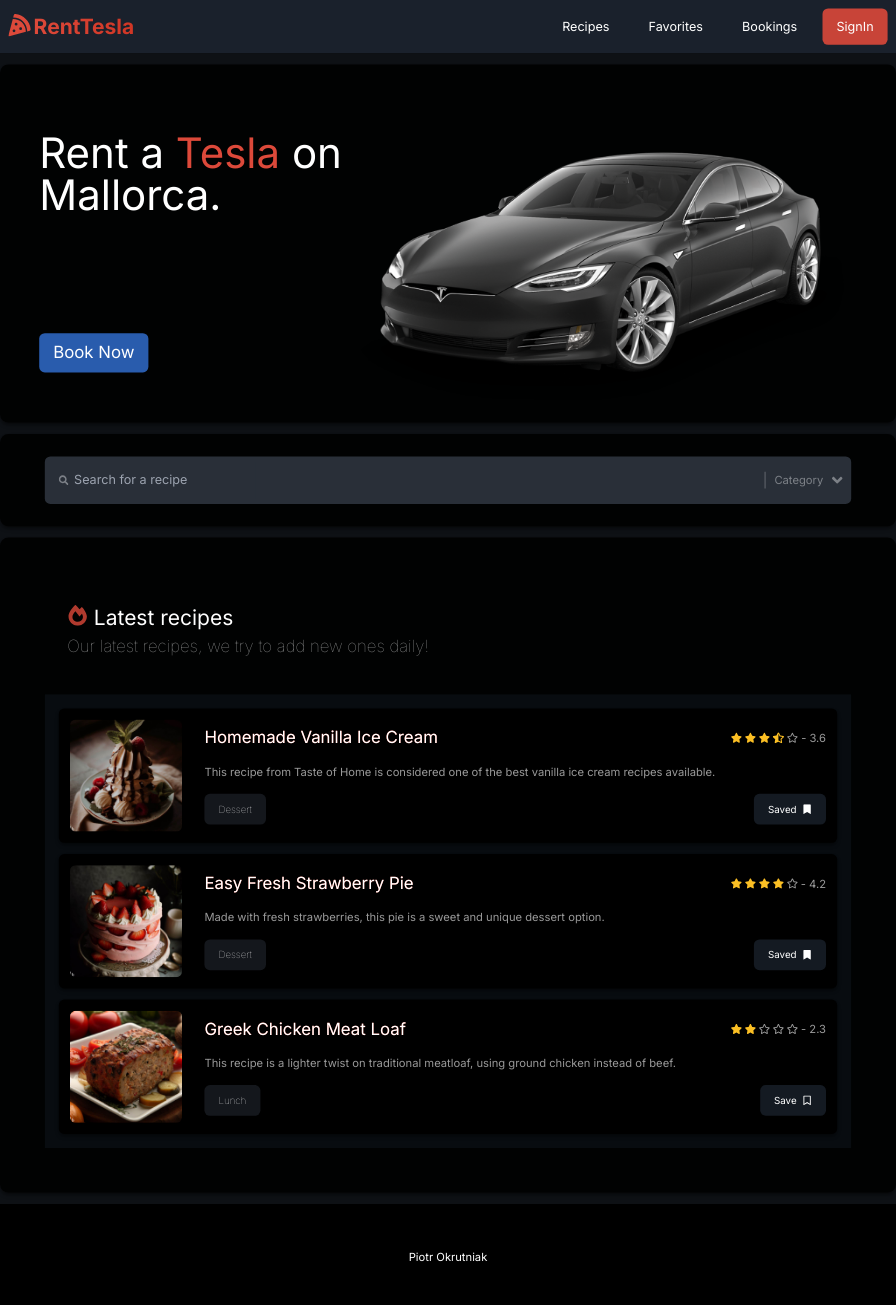
Repository: piotrokrutniak/RentallApp.UI
Page: /
The author's editor kept a copy of each file at every save. The page is drawn from the files as they stood at one save, then again after the next save.
The browser window is 1280 px wide. The pictures show the whole page, at 70% of full size.
The project was rebuilt for these pictures with package versions that can differ from the ones it lists, and the page was loaded fresh each time. The framework's server and built-in components were replaced by stand-ins that run in the browser. Also part of the build but not shown: next.config.js.

Above is the page before, as saved 2023-10-05 20:53:39.

### src/app/layout.tsx
import './globals.css'
import type { Metadata } from 'next'
import { Inter } from 'next/font/google'
import NavBar from './components/navbar/navbar'
import Footbar from './components/footbar/footbar'

const inter = Inter({ subsets: ['latin'] })

export const metadata: Metadata = {
  title: 'Recipefy',
  description: 'Website with the tastiest recipes!',
}

export default function RootLayout({
  children,
}: {
  children: React.ReactNode
}) {
  return (
    <html lang="en">
      <body className={`${inter.className} bg-black`}>
        <div className="bg-slate-600/20 min-h-screen pb-4">
        <NavBar/>
        {children}
        </div>
        <Footbar/>
      </body>
    </html>
  )
}

### src/app/page.tsx
import Image, { StaticImageData } from 'next/image'
import { FaMugHot, FaCookieBite, FaHamburger, FaFireAlt, FaBookmark, FaRegBookmark } from 'react-icons/fa'
import CookingSvg from './components/svgComponents/CookingSvg'
import Rating from './components/generic/rating'
import Button from './components/generic/button'
import tesla from '../../public/media/tesla-mirrored.png'
import lunch from '../../public/media/lunch.jpg'
import dessert from '../../public/media/dessert.jpg'
import strawberryCake from '../../public/media/recipes/strawberryCake.jpg'
import greekMeatLoaf from '../../public/media/recipes/greekMeatLoaf.jpg'
import vanillaIceCream from '../../public/media/recipes/vanillaIceCream.jpg'
import { useState } from 'react'
import { RecipeListing } from './components/generic/recipeListing'
import { Input } from 'postcss'
import SearchBar from './components/generic/searchBar'

export default function Home() {
  return (
    <main className="flex flex-col m-auto gap-4">
      <section id="header-section" className='max-w-7xl bg-black/90 m-auto w-full px-14 py-8 rounded-xl mt-4 shadow-md shadow-black/40'>
        <div className="sm:p-8 pb-14 flex justify-between">

        </div>
        <div className='w-full flex justify-between'>
          <div className="flex flex-col gap-10 justify-between pb-10 text-white">
          <h1 className="text-5xl md:text-6xl"> Rent a <span className="text-vermilion-400">Tesla</span> on Mallorca. </h1>
          <Button className="w-fit hover:bg-white bg-blue-500/70 capitalize text-2xl"> Book Now </Button>
          </div>
          <div className="relative w-full h-96 left-0 flex gap-10 pt-3 overflow-x-auto m-auto justify-around select-none pb-10">
              <Image src={tesla} layout="fill" objectFit="contain" alt="Breakfast Photo" className="h-96 group-hover:opacity-50"/>
          </div>
        </div>
      </section>

      <section id="searchbar-section" className='max-w-7xl bg-black/90 px-7 m-auto w-full p-8 sm:px-16 rounded-xl shadow-md shadow-black/40 flex-col'>
        <SearchBar/>
      </section>

      <section id="top-picks-section" className='max-w-7xl bg-black/90 m-auto w-full sm:p-8 rounded-xl shadow-md shadow-black/40 flex-col'>
        <div className="lg:p-8 pb-14 flex flex-col gap-5">
          <div className="p-8">
            <h1 className="text-3xl text-white flex gap-2 pb-2" > <FaFireAlt className="opacity-80 fill-vermilion-400"/> Latest recipes</h1>
            <p className="text-2xl font-thin text-white/60 flex gap-2" > Our latest recipes, we try to add new ones daily!</p>
          </div>
          <div className="w-full h-fit p-5 bg-slate-800/25 flex flex-col gap-4">
            <RecipeListing title="Homemade Vanilla Ice Cream"
              desc="This recipe from Taste of Home is considered one of the best vanilla ice cream recipes available."
              image={vanillaIceCream}
              rating={3.6}
              saved={true}
              tags={["Dessert"]}/>
            <RecipeListing title="Easy Fresh Strawberry Pie"
              desc="Made with fresh strawberries, this pie is a sweet and unique dessert option."
              image={strawberryCake}
              rating={4.2}
              saved={true}
              tags={["Dessert"]}/>
            <RecipeListing title="Greek Chicken Meat Loaf"
              desc="This recipe is a lighter twist on traditional meatloaf, using ground chicken instead of beef."
              image={greekMeatLoaf}
              rating={2.3}
              saved={false}
              tags={["Lunch"]}/>
          </div>
        </div>
      </section>
    </main>
  )
}

### src/app/globals.css
@tailwind base;
@tailwind components;
@tailwind utilities;

:root {}

@media (prefers-color-scheme: dark) {
  :root {}
}

body {}

### src/app/components/navbar/navbar.tsx
"use client"

import { FaPizzaSlice, FaBars } from "react-icons/fa"
import { BsX } from "react-icons/bs"
import Button from "../generic/button"
import { useState } from "react"
import Link from "next/link"


export default function NavBar(){
    const [showMobile, setShowMobile] = useState(false)

    return(
        <div className="bg-black/80 sticky top-0 z-20 backdrop-blur-xl">
            <div className="w-full flex bg-slate-700/50 ">
                <div className="p-3 m-auto w-full flex max-w-7xl justify-between items-center">
                    <Link href="/">
                    <div className="flex gap-1 h-fit select-none cursor-pointer active:opacity-80 hover:border-b-2 hover:pb-1 active:pb-0
                            border-opacity-0 border-vermilion-400 hover:border-opacity-100 border-b-0 transition-all">
                        <FaPizzaSlice className="h-full w-8 fill-vermilion-400"/>
                        <h1 className="text-3xl font-bold text-transparent bg-clip-text bg-gradient-to-r from-vermilion-400 to-vermilion-500">RentTesla</h1>
                    </div>
                    </Link>
                    <div className="hidden text-lg gap-4 md:flex">
                        <Button className="text-white bg-transparent active:bg-slate-100/5 hover:bg-slate-100/5" onClick={undefined}>
                            Recipes
                        </Button>
                        <Button className="text-white bg-transparent active:bg-slate-100/5 hover:bg-slate-100/5" onClick={undefined}>
                            Favorites
                        </Button>
                        <Button className="text-white bg-transparent active:bg-slate-100/5 hover:bg-slate-100/5" onClick={undefined}>
                            Bookings
                        </Button>
                        <Button className="text-white bg-vermilion-400 active:bg-slate-100/5 hover:bg-slate-100/5" onClick={undefined}>
                            SignIn
                        </Button>
                    </div>
                    <div className="md:hidden">
                        <FaBars className="h-10 w-10 fill-white cursor-pointer hover:fill-vermilion-400 active:opacity-80" onClick={() => setShowMobile(true)}/>
                    </div>
                    <div className={`${showMobile ? "" : "translate-x-full"} absolute w-screen h-screen bg-black left-0 top-0 md:hidden transition-all z-50 ease-in-out`}>
                    <div id="mobile-header" className="flex flex-row-reverse w-full">
                        <BsX className="fill-white w-16 h-16 cursor-pointer hover:fill-vermilion-400" onClick={() => setShowMobile(false)}/>
                    </div>
                    <div id="mobile-body">XDDDDDDDDDDDDDDDDD</div>
                    </div>
                </div>
            </div>
        </div>
    )
}

### src/app/components/footbar/footbar.tsx
export default function Footbar(){
    return(
        <div className="w-full h-20 bg-black mt-16 text-center text-white">
            Piotr Okrutniak
        </div>
    )
}

### src/app/components/generic/button.tsx
import { MouseEventHandler } from "react";

export default function Button({ children, className, onClick, disabled } : { children: React.ReactNode, className: string, onClick: undefined | MouseEventHandler<HTMLButtonElement>, disabled?: boolean }){
    return(
        <button className={`${className} px-5 py-3 rounded-lg bg-blue-500 bg-opacity-90 active:bg-opacity-80 hover:bg-opacity-100 cursor-pointer transition-all flex items-center gap-2 place-items-center`}
            onClick={onClick}
            disabled={disabled}>
            {children}
        </button>
    )
}

### src/app/components/generic/recipeListing.tsx
"use client";
import Image, { StaticImageData } from "next/image"
import Rating from "./rating"
import Button from "./button"
import { FaMugHot, FaCookieBite, FaHamburger, FaFireAlt, FaBookmark, FaRegBookmark } from 'react-icons/fa'
import { useState } from "react"

export function RecipeListing({rating = 0, title, desc, tags, image, saved,}:
    {rating: number | undefined, title: string | undefined, desc: string | undefined, tags: string[], image: StaticImageData | string, saved: boolean }){
      const [isSaved, setSaved] = useState(saved)

      return(
        <div className="w-full p-4 md:h-48 bg-black hover:bg-slate-500/20 rounded-lg shadow-md shadow-black/40 flex flex-col md:flex-row md:justify-between gap-8 items-center text-white group">
          <div className='h-64 w-full md:w-40 md:h-40 shrink-0 rounded-lg overflow-hidden relative cursor-pointer'>
            <Image src={image} layout="fill" objectFit="cover" alt="Breakfast Photo"/>
          </div>
          <div className="h-fit w-full items-center">
            <div className="flex justify-between items-center">
              <h1 className="text-2xl cursor-pointer bg-clip-text hover:text-transparent bg-gradient-to-r from-vermilion-500 to-vermilion-400">{title ?? "Recipe Name"}</h1>
              <Rating rating={rating}/>
            </div>
            <div className="flex justify-between items-center pt-5">
              <p className="text-white/60">{desc ?? "Description"}</p>
            </div>
            <div className="flex justify-between items-center pt-5">
              {tags.map(x => <Button className="bg-slate-500/20 hover:bg-slate-500/40 text-sm font-thin py-1" onClick={undefined}>{x}</Button>)}
              <Button className="bg-slate-700/40 hover:bg-vermilion-500/90 active:opacity-80 text-sm font-normal py-1 transition-all flex items-center gap-2"
                onClick={() => setSaved(x => !x)}>
                {isSaved ? <>Saved <FaBookmark/></> : <>Save <FaRegBookmark/></>}
                </Button>
            </div>
          </div>
        </div>
      )
  }

### src/app/components/generic/searchBar.tsx
"use client"
import { Dispatch, SetStateAction, useState } from "react"
import { BsX } from "react-icons/bs"
import { FaSearch, FaAngleDown } from "react-icons/fa"

export default function SearchBar(){
    const [dropdownOpened, setDropdownOpened] = useState(false)
    const [chosenOption, setChosenOption] = useState("")

    function ToggleDropdownOpened(){
        setDropdownOpened(x => !x)
    }

    return(
        <div className="bg-slate-500/40 rounded-lg flex pl-5 gap-2 items-center focus-within:bg-slate-500/50 transition-colors ease-in">
            <FaSearch className="fill-slate-50/40"/>
            <input type="text" placeholder="Search for a recipe" className="bg-transparent p-5 pl-0 text-white w-full outline-none text-lg border-none"/>

            <div className="flex text-slate-50 cursor-pointer border-l-2 pl-3 border-white/20 relative">
                <div className="flex opacity-40 hover:opacity-60 active:opacity-40 transition-opacity" onClick={() => ToggleDropdownOpened()}>

                {chosenOption || "Category"}
                <FaAngleDown className={`${dropdownOpened ? "rotate-180" : ""} fill-slate-50 w-10 h-6 transition-all`}/>
                </div>

                <div className={`${dropdownOpened ? "block" : "hidden"} absolute top-14 right-0 h-44 w-56 bg-black rounded-lg overflow-hidden`}>
                    <div className="w-full h-full bg-slate-500/50 overflow-y-auto pt-0">
                        <DropdownOption toggleDropdownOpened={ToggleDropdownOpened} setChosenOption={setChosenOption} chosenOption={chosenOption} text="Breakfast"/>
                        <DropdownOption toggleDropdownOpened={ToggleDropdownOpened} setChosenOption={setChosenOption} chosenOption={chosenOption} text="Lunch"/>
                        <DropdownOption toggleDropdownOpened={ToggleDropdownOpened} setChosenOption={setChosenOption} chosenOption={chosenOption} text="Dessert"/>
                        <DropdownOption toggleDropdownOpened={ToggleDropdownOpened} setChosenOption={setChosenOption} chosenOption={chosenOption} text="Dinner"/>
                        <DropdownOption toggleDropdownOpened={ToggleDropdownOpened} setChosenOption={setChosenOption} chosenOption={chosenOption} text="Appetizer"/>
                        <DropdownOption toggleDropdownOpened={ToggleDropdownOpened} setChosenOption={setChosenOption} chosenOption={chosenOption} text="Pastries"/>
                    </div>
                </div>
            </div>
        </div>
    )
}

function DropdownOption({setChosenOption, toggleDropdownOpened, text, chosenOption} :
    {setChosenOption: Dispatch<SetStateAction<string>>, toggleDropdownOpened: () => void, text: string, chosenOption: string}){
    const [isChecked, setIsChecked] = useState(false)

    function UnCheck(): void{
        setChosenOption("")
        setIsChecked(false)
    }

    function Check(): void{
        setChosenOption(text)
        toggleDropdownOpened()
        setIsChecked(true)
    }

    return(
        <div className={`${chosenOption == text ? "bg-black/30 font-bold" : ""} hover:bg-slate-100/10 px-3 py-2 flex justify-between`}>
                <div className="w-full" onClick={() => Check()}>
                    {text}
                </div>
                <div className="flex">
                    {chosenOption == text ? <UncheckButton onClick={UnCheck}/> : <></>}
                </div>
        </div>
    )
}

function UncheckButton({onClick} : {onClick: () => void}){
    return(
    <BsX className="w-6 h-6 hover:fill-red-500 hover:scale-110 active:scale-100" onClick={() => onClick()}/>
    )
}

### src/app/components/generic/rating.tsx
import { FaStar, FaStarHalf, FaStarHalfAlt, FaRegStar} from 'react-icons/fa'
import { IconType } from 'react-icons'

export default function Rating({rating = 0,}: {rating: number | undefined | void}){
    const defaultRating: boolean[] = [false, false, false, false, false]

    const initRating: number = rating

    const ratings: React.JSX.Element[] = []

    for(let i: number = 0; i < 5; i++){
        rating >= 1 ?  ratings.push(<Star filled={true}/>) : ratings.push(rating >= 0.5 ? <HalfStar/> : <Star filled={false}/>)
        rating -= 1;
    }



    return(
        <div className="flex gap-1 items-center shrink-0 text-white/60">
            {ratings} - {initRating}
        </div>
    )
}

function Star({filled = false,}: {filled: boolean}){
    return filled ? <FaStar className="fill-amber-400"/> : <FaRegStar/>
}

function HalfStar(){
    return <FaStarHalfAlt className="fill-amber-400"/>
}

### tailwind.config.js
/** @type {import('tailwindcss').Config} */
module.exports = {
  content: [
    './src/pages/**/*.{js,ts,jsx,tsx,mdx}',
    './src/components/**/*.{js,ts,jsx,tsx,mdx}',
    './src/app/**/*.{js,ts,jsx,tsx,mdx}',
  ],
  theme: {
    extend: {
      backgroundImage: {
        'gradient-radial': 'radial-gradient(var(--tw-gradient-stops))',
        'gradient-conic':
          'conic-gradient(from 180deg at 50% 50%, var(--tw-gradient-stops))',
      },
      height:{
        '112': '28rem',
        '128': '32rem',
      },
      width:{
        '112': '28rem',
        '128': '32rem',
      },
      colors:{
        "emerald":{
          "50": "#b0fde8",
          "100": "#60FBD2",
          "200": "#24F9C1",
          "400": "#06EFB1",
          "500": "#06d6a0",
        },
        "paygray":{
          "50": "#CED9DE",
          "100": "#aabcc5",
          "200": "#7996A4",
          "400": "#638292",
          "500": "#5A7684",
        },
        "vermilion":{
          "50": "#f0afa8",
          "100": "#ea8f85",
          "200": "#E06052",
          "400": "#dc493a",
          "500": "#d03625",
        },

      },
      minWidth:{
        'mobile': '360px',
        '54': '258px',
      },
      screens:{
        'xs': '580px',
        '850': '850px',
      },
    },
  },
  plugins: [],
}

After the next save:
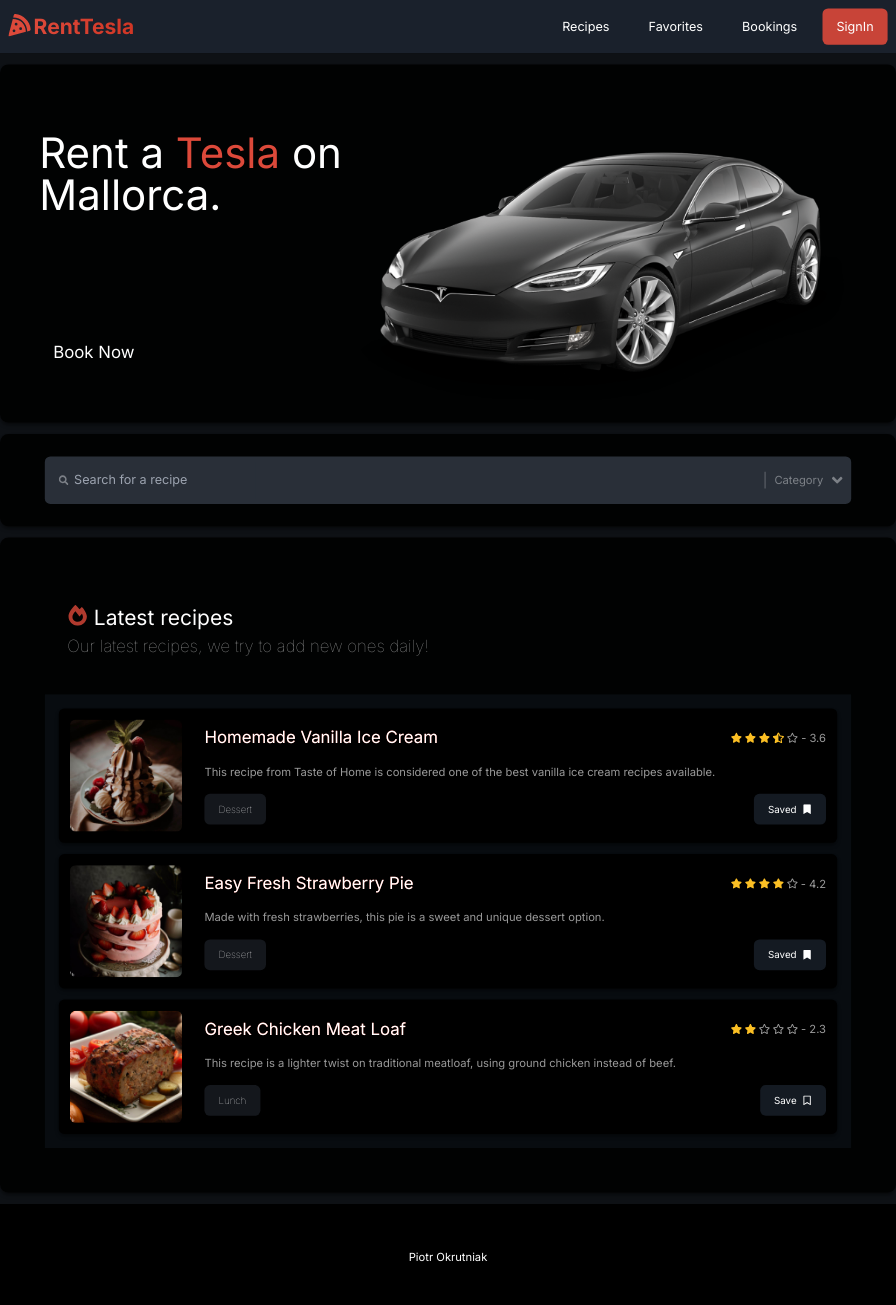
Saved 18 s later.
--- a/src/app/page.tsx
+++ b/src/app/page.tsx
@@ -24,7 +24,7 @@
         <div className='w-full flex justify-between'>
           <div className="flex flex-col gap-10 justify-between pb-10 text-white">
           <h1 className="text-5xl md:text-6xl"> Rent a <span className="text-vermilion-400">Tesla</span> on Mallorca. </h1>
-          <Button className="w-fit hover:bg-white bg-blue-500/70 capitalize text-2xl"> Book Now </Button>
+          <Button className="w-fit hover:bg-blue-500 bg-transparent capitalize text-2xl"> Book Now </Button>
           </div>
           <div className="relative w-full h-96 left-0 flex gap-10 pt-3 overflow-x-auto m-auto justify-around select-none pb-10">
               <Image src={tesla} layout="fill" objectFit="contain" alt="Breakfast Photo" className="h-96 group-hover:opacity-50"/>
